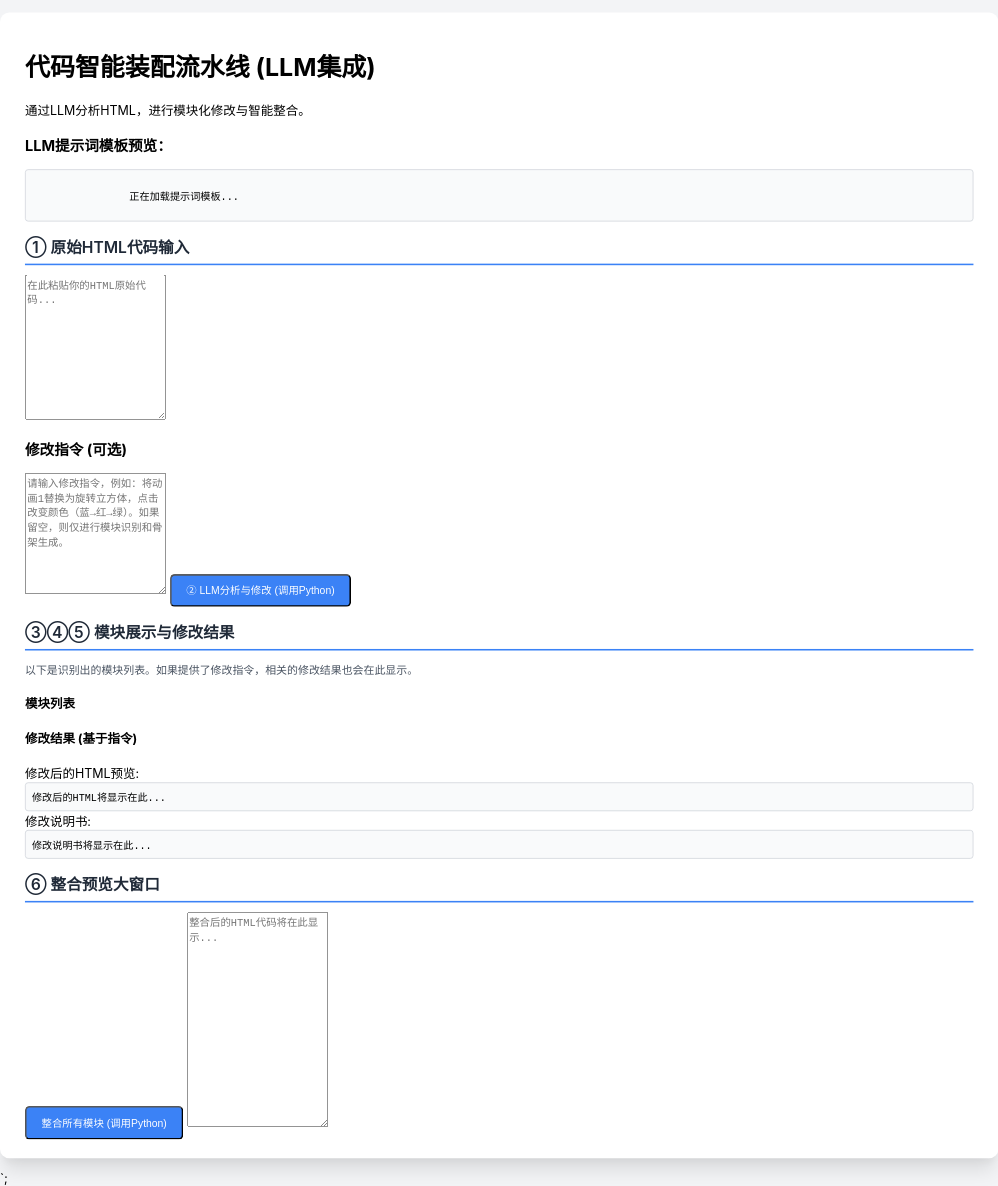
Repository: james130012/Big-Boom
Page: gui.html
The author's editor kept a copy of each file at every save. The page is drawn from the files as they stood at one save, then again after a run of saves.
The browser window is 1280 px wide. The pictures show the whole page, at 78% of full size.
Some web libraries are served in a nearby version.

Above is the page before, as saved 2025-05-17 10:32:06.
Console error: SyntaxError: Unexpected end of input
Not found: [https://cdn.tailwindcss.com](https://cdn.tailwindcss.com)
Not found: [https://fonts.googleapis.com/css2

After the next 2 saves:
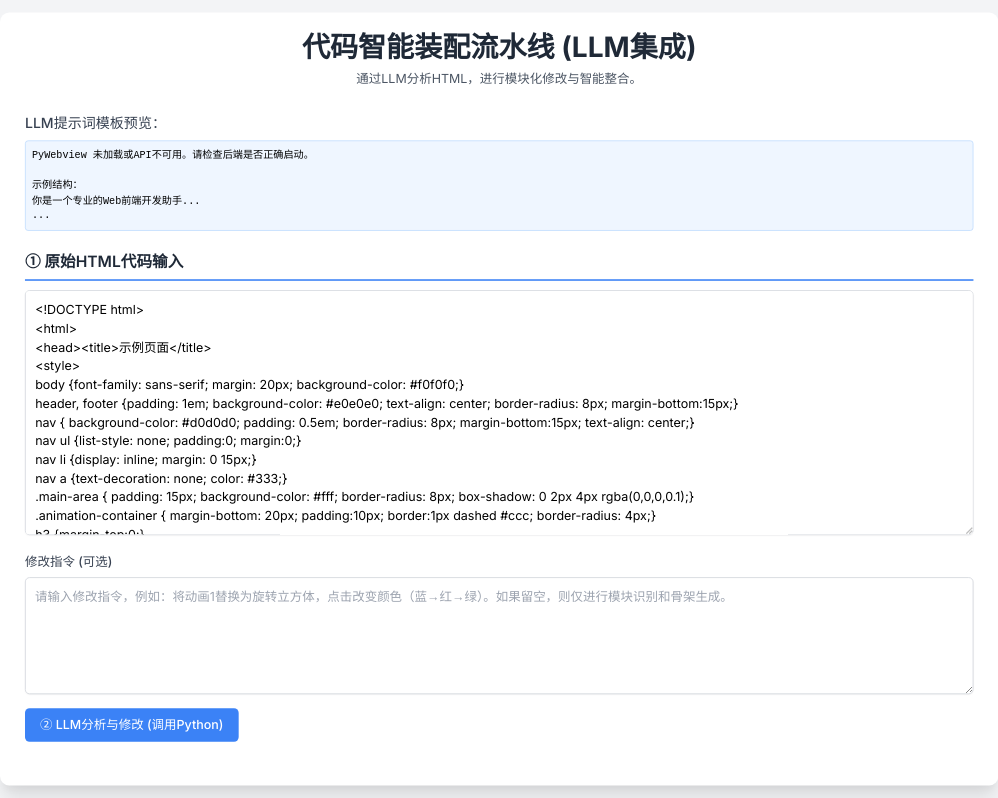
The error is gone.
The 2 saves are shown as one change because they came seconds apart.
The last was saved 2 min 32 s later.
--- a/gui.html
+++ b/gui.html
@@ -4,8 +4,8 @@
     <meta charset="UTF-8">
     <meta name="viewport" content="width=device-width, initial-scale=1.0">
     <title>代码智能装配流水线</title>
-    <script src="[https://cdn.tailwindcss.com](https://cdn.tailwindcss.com)"></script>
-    <link href="[https://fonts.googleapis.com/css2?family=Inter:wght@400;500;600;700&display=swap](https://fonts.googleapis.com/css2?family=Inter:wght@400;500;600;700&display=swap)" rel="stylesheet">
+    <script src="https://cdn.tailwindcss.com"></script>
+    <link href="https://fonts.googleapis.com/css2?family=Inter:wght@400;500;600;700&display=swap" rel="stylesheet">
     <style>
         body {
             font-family: 'Inter', sans-serif;
@@ -155,16 +155,12 @@
         }
 
         window.addEventListener('pywebviewready', loadPromptTemplate);
-        // Also call it on DOMContentLoaded as a fallback, in case pywebviewready fires too early or too late for some setups.
         window.addEventListener('DOMContentLoaded', () => {
-            // If pywebview is already available, loadPromptTemplate might run.
-            // If not, pywebviewready listener should catch it.
-            // A small delay might help ensure API is injected if DOMContentLoaded fires before pywebviewready.
             setTimeout(loadPromptTemplate, 100);
         });
 
 
-        async function waitForPywebviewApi(maxAttempts = 10, delay = 500) { // Reduced delay
+        async function waitForPywebviewApi(maxAttempts = 10, delay = 500) {
             for (let i = 0; i < maxAttempts; i++) {
                 if (window.pywebview && window.pywebview.api && typeof window.pywebview.api.analyze_html === 'function') {
                     console.log("PyWebview API is ready.");
@@ -179,7 +175,7 @@
 
         analyzeBtn.addEventListener('click', async () => {
             const originalHtml = originalCodeInput.value;
-            const instruction = instructionInput.value.trim(); // Trim instruction
+            const instruction = instructionInput.value.trim();
 
             if (!originalHtml.trim()) {
                 llmStatus.textContent = '错误：请输入原始HTML代码。';
@@ -191,10 +187,9 @@
             llmStatus.className = 'mt-2 info-text text-blue-600';
             analyzeBtn.disabled = true;
 
-            // Reset UI elements
             modulesArea.classList.add('hidden');
             integrationArea.classList.add('hidden');
-            modificationResult.classList.add('hidden'); // Hide modification section initially
+            modificationResult.classList.add('hidden');
             moduleListItems.innerHTML = '';
             modifiedHtmlDisplay.textContent = '修改后的HTML将显示在此...';
             modificationManualDisplay.textContent = '修改说明书将显示在此...';
@@ -216,7 +211,6 @@
                 if (response && response.status === "success") {
                     activeModuleDefinitions = response.active_module_definitions || [];
                     htmlSkeleton = response.html_skeleton || '';
-                    // These are from the specific instruction processing
                     modifiedCodeFromInstruction = response.modified_code || {};
                     modificationManualFromInstruction = response.modification_manual || '';
 
@@ -226,19 +220,17 @@
                     if (activeModuleDefinitions.length === 0) {
                         llmStatus.textContent += ' 未能识别出可处理的模块。';
                         llmStatus.className = 'mt-2 info-text text-yellow-600';
-                        // Keep modulesArea hidden if no modules
                     } else {
                         renderModuleList();
                         modulesArea.classList.remove('hidden');
-                        integrationArea.classList.remove('hidden'); // Show integration area if modules exist
-
-                        // **Enhanced logic for displaying modification results**
-                        if (instruction !== "") { // If an instruction was provided
+                        integrationArea.classList.remove('hidden');
+
+                        if (instruction !== "") {
                             modifiedHtmlDisplay.textContent = modifiedCodeFromInstruction.html || "没有生成修改后的HTML (No modified HTML was generated for this instruction).";
                             modificationManualDisplay.textContent = modificationManualFromInstruction || "没有可用的修改说明 (No modification manual provided for this instruction).";
-                            modificationResult.classList.remove('hidden'); // Show the modification section
+                            modificationResult.classList.remove('hidden');
                         } else {
-                            modificationResult.classList.add('hidden'); // Ensure it's hidden if no instruction
+                            modificationResult.classList.add('hidden');
                         }
                     }
                 } else {
@@ -255,7 +247,7 @@
         });
 
         function renderModuleList() {
-            moduleListItems.innerHTML = ''; // Clear previous items
+            moduleListItems.innerHTML = '';
             if (activeModuleDefinitions.length === 0) {
                 const li = document.createElement('li');
                 li.textContent = "没有识别到模块 (No modules identified).";
@@ -264,14 +256,13 @@
             }
             activeModuleDefinitions.forEach((moduleDef, index) => {
                 const li = document.createElement('li');
-                // Displaying module ID and description. Original content is available in moduleDef.original_content
                 li.innerHTML = `<span class="font-medium">模块 ${index + 1}: ${escapeHtml(moduleDef.id)}</span> - ${escapeHtml(moduleDef.description)}`;
                 moduleListItems.appendChild(li);
             });
         }
 
         function escapeHtml(unsafe) {
-            if (typeof unsafe !== 'string') return String(unsafe); // Ensure it's a string
+            if (typeof unsafe !== 'string') return String(unsafe);
             return unsafe
                 .replace(/&/g, "&amp;")
                 .replace(/</g, "&lt;")
@@ -289,11 +280,10 @@
             integratedCodeOutput.value = "正在整合模块 (Integrating modules)...";
 
             try {
-                // integrate_modules in Python now uses its internal state (self.html_skeleton, self.module_definitions, self.modified_modules)
                 const finalHtml = await window.pywebview.api.integrate_modules();
                 console.log("Response from Python integrate_modules (final HTML):", finalHtml);
 
-                if (finalHtml) { // Expecting the HTML string directly
+                if (finalHtml) {
                     integratedCodeOutput.value = finalHtml;
                 } else {
                     integratedCodeOutput.value = "Python整合出错: 后端未能返回整合后的HTML (Backend did not return integrated HTML).";
@@ -350,7 +340,8 @@ function playAnim1() {
     console.log("playAnim1 called");
 }
 // 更多脚本可以放在这里
-</script>
+// IMPORTANT FIX: Escape the closing script tag within the JavaScript string
+<\/script>
 </body>
 </html>`;
     </script>
